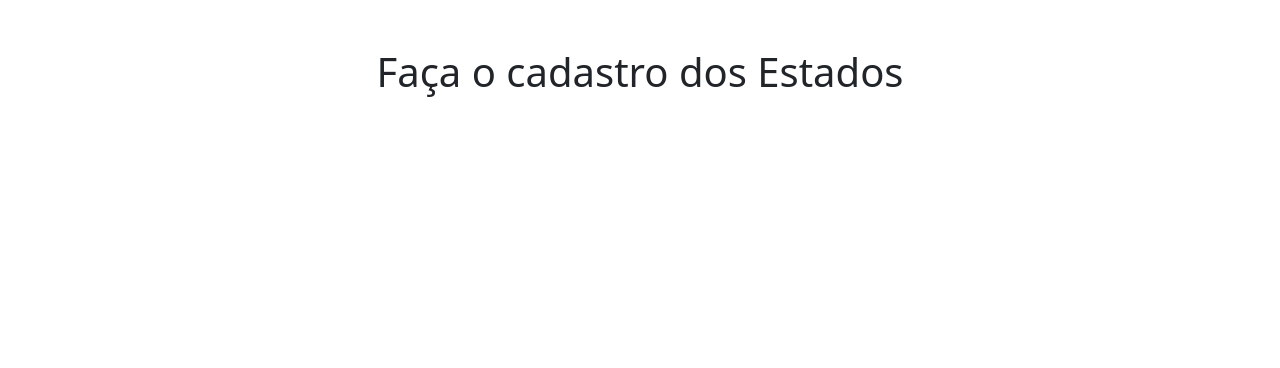
Repository: danielandradedasilva/ProjetoWebJava
Page: http://localhost/projetoweb/
The author's editor kept a copy of each file at every save. The page is drawn from the files as they stood at one save, then again after the next save.
The browser window is 1280 px wide. The pictures show the whole page.
The page is served by Tomcat 9. Other server files are loaded and not shown.

Above is the page before, as saved 2021-05-10 01:47:58.

### projetoweb/src/main/webapp/index.jsp
<%@taglib prefix="c" uri="http://java.sun.com/jsp/jstl/core"%>
<%@taglib prefix="fmt" uri="http://java.sun.com/jsp/jstl/fmt"%>
<%@taglib uri="http://www.springframework.org/tags/form" prefix="form"%>


<%@ page language="java" contentType="text/html; charset=ISO-8859-1"
    pageEncoding="ISO-8859-1"%>
<!DOCTYPE html>
<html>
<head>
<meta charset="ISO-8859-1">
<title>Projeto Web</title>
<link href="https://cdn.jsdelivr.net/npm/bootstrap@5.0.0/dist/css/bootstrap.min.css" rel="stylesheet" integrity="sha384-wEmeIV1mKuiNpC+IOBjI7aAzPcEZeedi5yW5f2yOq55WWLwNGmvvx4Um1vskeMj0" crossorigin="anonymous">
</head>
<body>

	<div class="container">
		<h1 align="center" class="mt-5">Faça o cadastro dos Estados</h1>

		<div class="row">
			<div class="col"></div>
		</div>

	</div>

</body>
</html>

After the next save:
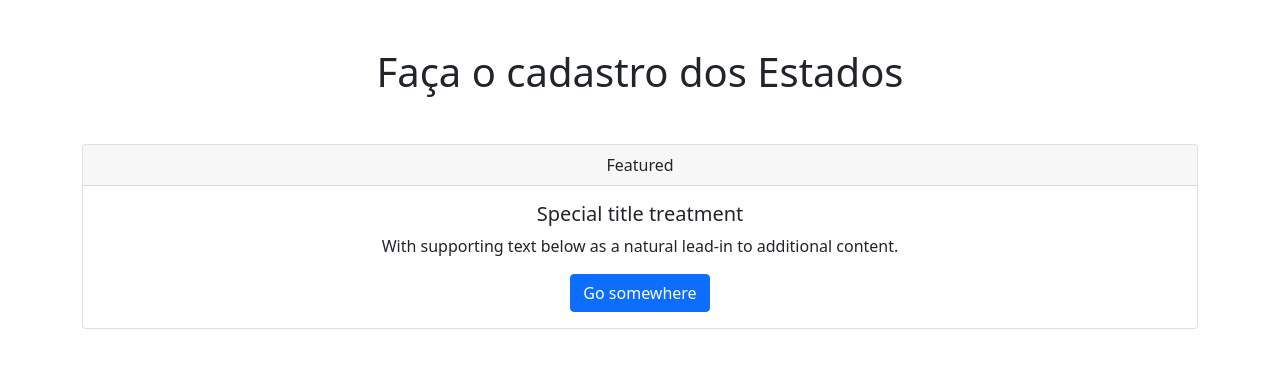
Saved 2 min 27 s later.
--- a/projetoweb/src/main/webapp/index.jsp
+++ b/projetoweb/src/main/webapp/index.jsp
@@ -15,7 +15,18 @@
 <body>
 
 	<div class="container">
-		<h1 align="center" class="mt-5">Faça o cadastro dos Estados</h1>
+		<h1 align="center" class="mt-5 mb-5">Faça o cadastro dos Estados</h1>
+
+		<div class="card text-center">
+			<div class="card-header">
+			    Featured
+			</div>
+		 <div class="card-body">
+		    <h5 class="card-title">Special title treatment</h5>
+		    <p class="card-text">With supporting text below as a natural lead-in to additional content.</p>
+		    <a href="#" class="btn btn-primary">Go somewhere</a>
+		 </div>
+	</div>
 
 		<div class="row">
 			<div class="col"></div>
